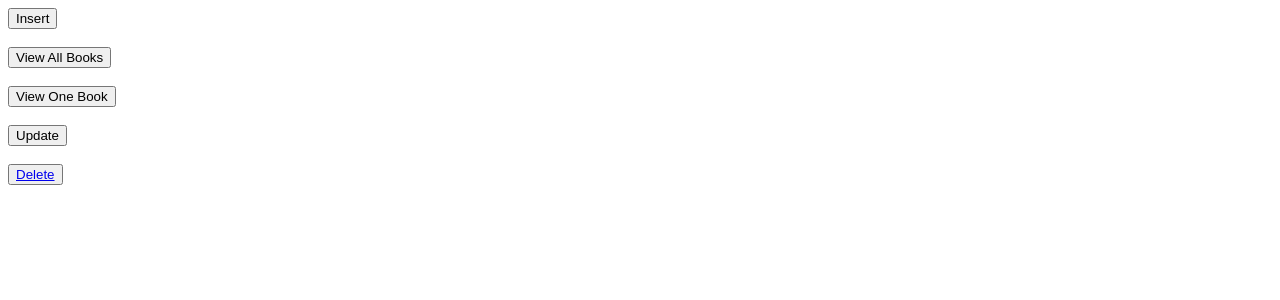
Repository: KoviAnusha/Typescript-files
Page: workspace-sts-3.9.9.RELEASE/BookHomeAssignment/WebContent/Index.html
These files come from the project's save history. The page is drawn as it stood at one moment and after the next save; the edit follows.
The browser window is 1280 px wide. The pictures show the whole page.

Above is the page before, as saved 2019-08-24 03:18:37.

### workspace-sts-3.9.9.RELEASE/BookHomeAssignment/WebContent/Index.html
<!DOCTYPE html>
<html>
<head>
<meta charset="ISO-8859-1">
<title>Insert title here</title>
</head>
<body>
<form>
<a href="InsertBooks.html"><button>Insert</button></a><br><br>
<a href="ViewAllBook.html"><button>View All Books</button></a><br><br>
<a href="ViewOneBook.html"><button>View One Book</button></a><br><br>
<a href="Update.html"><button>Update</button></a><br><br>
<button> <a href="Delete.html">Delete</a></button>
<br><br>
</form>
</body>
</html>

After the next save:
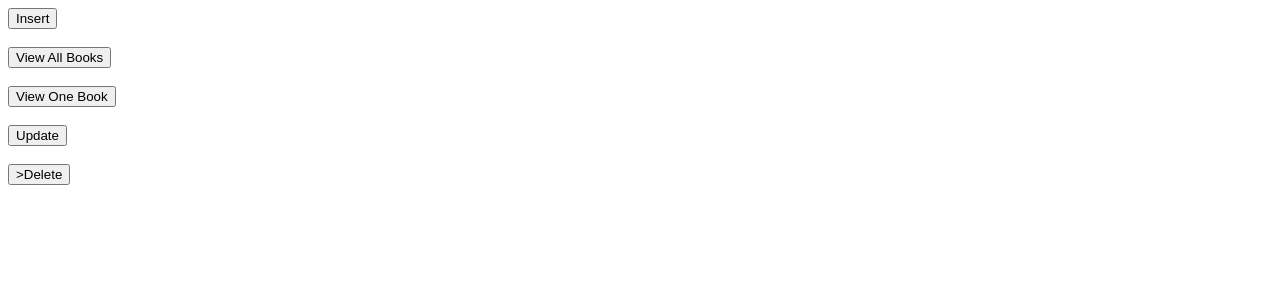
Saved 2 min 52 s later.
--- a/workspace-sts-3.9.9.RELEASE/BookHomeAssignment/WebContent/Index.html
+++ b/workspace-sts-3.9.9.RELEASE/BookHomeAssignment/WebContent/Index.html
@@ -10,7 +10,7 @@
 <a href="ViewAllBook.html"><button>View All Books</button></a><br><br>
 <a href="ViewOneBook.html"><button>View One Book</button></a><br><br>
 <a href="Update.html"><button>Update</button></a><br><br>
-<button> <a href="Delete.html">Delete</a></button>
+<a href="Delete.html"><button> >Delete</button></a>
 <br><br>
 </form>
 </body>
